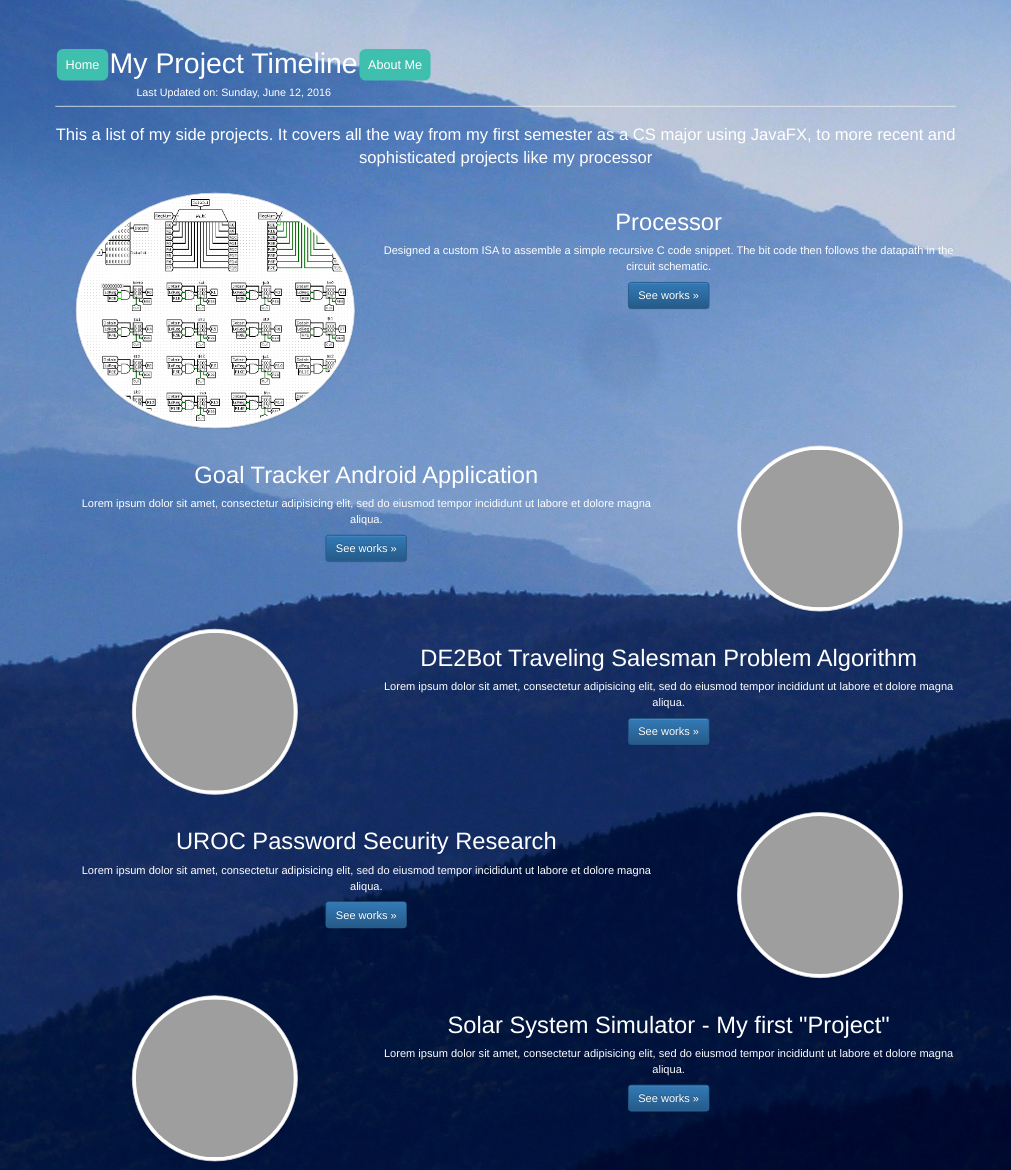
Repository: austinHerring/PersonalWebsite
Page: PersonalWebsite/WebContent/projects.html
An editor plug-in stored every save of this project. The page is shown before and after the next save, followed by the edit.
The browser window is 1280 px wide. The pictures show the whole page, at 79% of full size.
Pictures or frames that could not be fetched are drawn as grey boxes.

Above is the page before, as saved 2016-06-13 00:02:48.

### PersonalWebsite/WebContent/projects.html
<html>
<head>
	<meta charset="utf-8"/>
	<title>Projects - Austin</title>
	<link rel="stylesheet" href="css/bootstrap.min.css">
	<link rel="stylesheet" href="css/bootstrap-theme.min.css">
	<link rel="stylesheet" href="css/projects.css">
	<link rel="stylesheet" href="css/general.css">
</head>
<!-- /container -->
<div class="container" id="page-wrap">
  <div class="page-header">
    <table class="table-header">
    	<tr>
    		<td>
	    		<a class="button button1" href="index.html" role="button">Home</a>
    		</td>
    		<td style="text-align: center;">
    			<h1 class="text-center">My Project Timeline</h1>
	    		<small> <i class="fa fa-clock-o"></i> Last Updated on: <time>Sunday, June 12, 2016</time></small>
    		</td>
    		<td>
				<a class="button button1" href="about.html" role="button">About Me</a>
    		</td>
    	</tr>
    </table>
  </div>
  <p class="lead text-center">This a list of my side projects. It covers all the way from my first semester as a CS major using JavaFX, to more recent and sophisticated projects like my processor</p>
  <div class="container">
    <div class="row stylish-panel">
      <div class="col-md-4">
        <div>
          <img src="images/processor.png" alt="Register File" class="img-circle img-thumbnail">
        </div>
      </div>
      <div class="col-md-8">
        <div>
          <h2>Processor</h2>
          <p>Designed a custom ISA to assemble a simple recursive C code snippet. The bit code then follows the datapath in the circuit schematic.
          </p>
          <a href="#" class="btn btn-primary" title="See more">See works »</a>
        </div>
      </div>
    </div>
    <div class="row stylish-panel">
      <div class="col-md-8">
        <div>
          <h2>Goal Tracker Android Application</h2>
          <p>Lorem ipsum dolor sit amet, consectetur adipisicing elit, sed do eiusmod
            tempor incididunt ut labore et dolore magna aliqua.
          </p>
          <a href="#" class="btn btn-primary" title="See more">See works »</a>
        </div>
      </div>
      <div class="col-md-4">
        <div>
          <img src="http://lorempixel.com/200/200/abstract/3/" alt="Texto Alternativo" class="img-circle img-thumbnail">
        </div>
      </div>
    </div>
    <div class="row stylish-panel">
      <div class="col-md-4">
        <div>
          <img src="http://lorempixel.com/200/200/abstract/4/" alt="Texto Alternativo" class="img-circle img-thumbnail">
        </div>
      </div>
      <div class="col-md-8">
        <div>
          <h2>DE2Bot Traveling Salesman Problem Algorithm</h2>
          <p>Lorem ipsum dolor sit amet, consectetur adipisicing elit, sed do eiusmod
            tempor incididunt ut labore et dolore magna aliqua.
          </p>
          <a href="#" class="btn btn-primary" title="See more">See works »</a>
        </div>
      </div>
    </div>
    <div class="row stylish-panel">
      <div class="col-md-8">
        <div>
          <h2>UROC Password Security Research</h2>
          <p>Lorem ipsum dolor sit amet, consectetur adipisicing elit, sed do eiusmod
            tempor incididunt ut labore et dolore magna aliqua.
          </p>
          <a href="#" class="btn btn-primary" title="See more">See works »</a>
        </div>
      </div>
      <div class="col-md-4">
        <div>
          <img src="http://lorempixel.com/200/200/abstract/5/" alt="Texto Alternativo" class="img-circle img-thumbnail">
        </div>
      </div>
    </div>
    <div class="row stylish-panel">
      <div class="col-md-4">
        <div>
          <img src="http://lorempixel.com/200/200/abstract/6/" alt="Texto Alternativo" class="img-circle img-thumbnail">
        </div>
      </div>
      <div class="col-md-8">
        <div>
          <h2>Solar System Simulator - My first "Project"</h2>
          <p>Lorem ipsum dolor sit amet, consectetur adipisicing elit, sed do eiusmod
            tempor incididunt ut labore et dolore magna aliqua.
          </p>
          <a href="#" class="btn btn-primary" title="See more">See works »</a>
        </div>
      </div>
    </div>
  </div>
</div>

<div id="bg">
	<img src="images/background.jpg" alt="">
</div>

</html>

### PersonalWebsite/WebContent/css/projects.css
body {
	color: #fff;
}

.stylish-panel{
    padding: 10px 0;
    text-align: center;
    padding: 10px;
    border: 1px solid transparent;
    border-radius: 4px;
    transition: 0.2s;
}

.stylish-panel:hover{
    margin-top: -10px;
    border: 1px solid rgb(200, 200, 200);
    box-shadow: rgba(0, 0, 0, 0.1) 0px 5px 5px 2px;
    background: rgba(200, 200, 200, 0.1);
    transition: 0.5s;
}

.stylish-panel:hover img {
    border-radius: 50%;
    -webkit-transform: rotate(360deg);
    -moz-transform: rotate(360deg);
    -o-transform: rotate(360deg);
    -ms-transform: rotate(360deg);
    transform: rotate(360deg);
}

### PersonalWebsite/WebContent/css/general.css
@CHARSET "UTF-8";
.button {
    background-color: #3fbfad;
    border: none;
    color: white;
    padding: 8px 8px;
    text-align: center;
    text-decoration: none;
    display: inline-block;
    font-size: 16px;
    margin: 4px 2px;
    -webkit-transition-duration: 0.4s; /* Safari */
    transition-duration: 0.4s;
    cursor: pointer;
    border-radius: 8px;
}

.button1 {
    background-color: #3fbfad;
    color: white;
    border: 3px solid #3fbfad;
}

.button1:hover {
    background:rgba(0,0,0,0);
    color: white;
    text-decoration: none;
    border: 3px solid white;
}

#bg {
	position:fixed;
	top:-50%;
	left:-50%;
	width:100%;
	height:80%;
}

#bg img {
	position:absolute;
	top:0;
	left:0;
	right:0;
	bottom:0;
	margin:auto;
	min-width:50%;
	min-height:50%;
}

#page-wrap { position: relative; z-index: 2}

Loaded but not shown: PersonalWebsite/WebContent/css/bootstrap.min.css (library); PersonalWebsite/WebContent/css/bootstrap-theme.min.css (library)

After the next save:
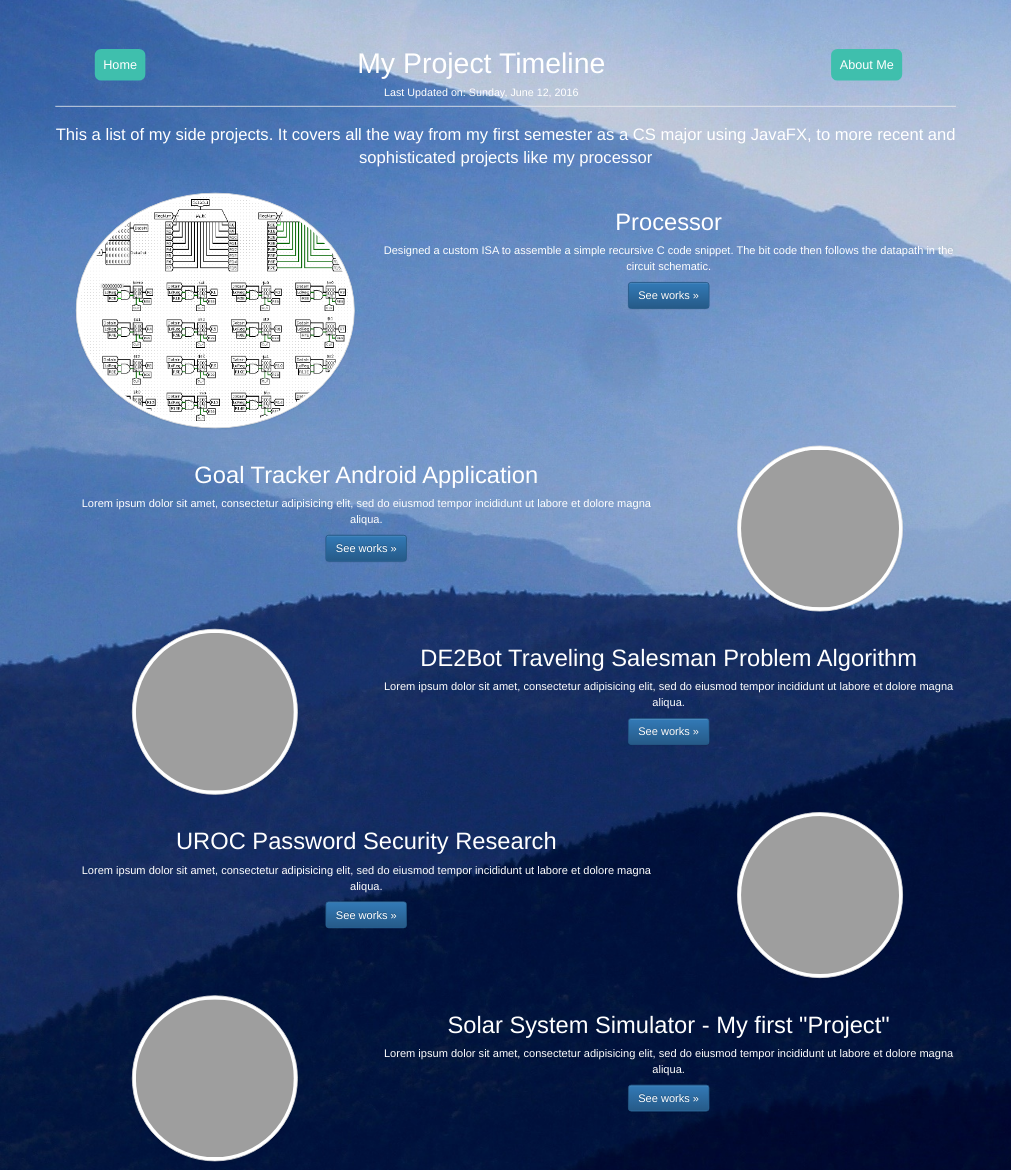
Saved 2 min 41 s later.
--- a/PersonalWebsite/WebContent/css/general.css
+++ b/PersonalWebsite/WebContent/css/general.css
@@ -28,6 +28,17 @@
     border: 3px solid white;
 }
 
+.page-header{
+  text-align: center;
+  color: white;
+}
+
+.table-header{
+  text-align: center;
+  color: white;
+  width:100%;
+}
+
 #bg {
 	position:fixed;
 	top:-50%;
